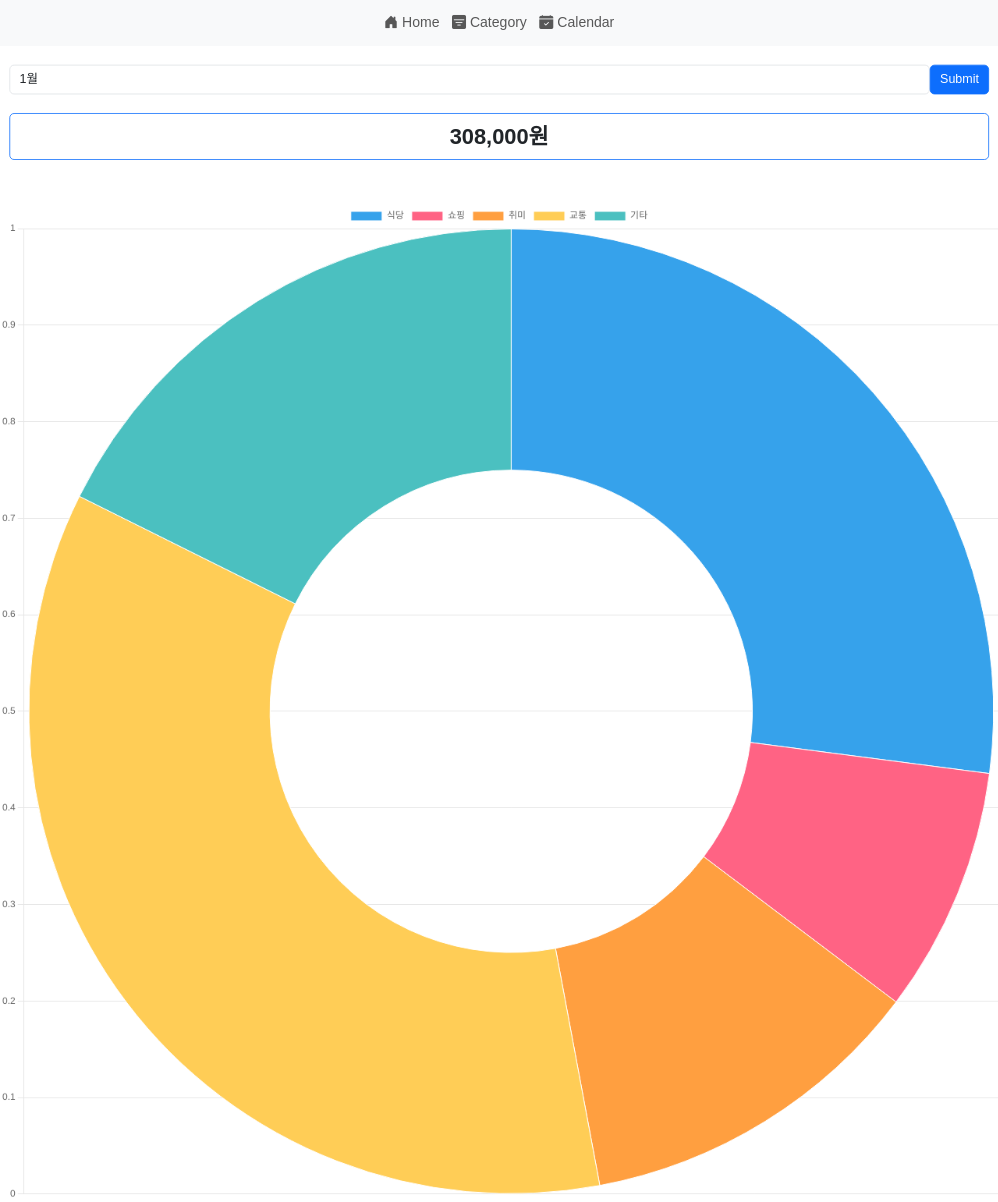
Repository: kimSummerrain/KairosHackathon
Page: venvs/karios/templates/detail.html
An editor plug-in stored every save of this project. The page is shown before and after the next save, followed by the edit.
The browser window is 1280 px wide. The pictures show the whole page, at 78% of full size.

Above is the page before, as saved 2024-02-26 17:11:36.

### venvs/karios/templates/detail.html
<!DOCTYPE html>
<html lang="ko">

<head>
    <meta charset="UTF-8">
    <meta name="viewport" content="width=device-width, initial-scale=1.0">
    <title>Document</title>
    <link href="https://cdn.jsdelivr.net/npm/bootstrap@5.3.3/dist/css/bootstrap.min.css" rel="stylesheet"
        integrity="sha384-QWTKZyjpPEjISv5WaRU9OFeRpok6YctnYmDr5pNlyT2bRjXh0JMhjY6hW+ALEwIH" crossorigin="anonymous">

    <script src="https://cdn.jsdelivr.net/npm/bootstrap@5.3.3/dist/js/bootstrap.bundle.min.js"
        integrity="sha384-YvpcrYf0tY3lHB60NNkmXc5s9fDVZLESaAA55NDzOxhy9GkcIdslK1eN7N6jIeHz"
        crossorigin="anonymous"></script>
    <link href="static/css/main-style.css" rel="stylesheet" />
</head>

<body>
    <!--navbar-->
    <nav class="navbar navbar-expand bg-body-tertiary">
        <div class="container-fluid">
            <div class="collapse navbar-collapse" id="navbarNav">
                <ul class="navbar-nav mx-auto"> <!-- mx-auto를 추가하여 가운데 정렬 -->
                    <li class="nav-item">
                        <a class="nav-link" href="/"><i class="bi bi-house-door-fill"></i> Home</a>
                    </li>
                    <li class="nav-item">
                        <a class="nav-link" href="/detail"><i class="bi bi-filter-square-fill"></i> Category</a>
                    </li>
                    <li class="nav-item">
                        <a class="nav-link" href="/calendar"><i class="bi bi-calendar-check-fill"></i> Calendar</a>
                    </li>
                </ul>
            </div>
        </div>
    </nav>
    <br>
    <div class="container-fluid">
        <div class="row">
            <div class="col">
                <form>
                    <div class="form-group d-flex">
                        <select class="form-control mr-2" id="month-select">
                            <option value="1">1월</option>
                            <option value="2">2월</option>
                            <option value="3">3월</option>
                            <option value="4">4월</option>
                            <option value="5">5월</option>
                            <option value="6">6월</option>
                            <option value="7">7월</option>
                            <option value="8">8월</option>
                            <option value="9">9월</option>
                            <option value="10">10월</option>
                            <option value="11">11월</option>
                            <option value="12">12월</option>
                        </select>
                        <button type="button" class="btn btn-primary" onclick="changeDate()">Submit</button>
                    </div>
                </form>
                <br>
                <p class="text-second fs-3 fw-bold border border-primary p-2 mb-2 text-center rounded">308,000원</p>
            </div>
        </div>
    </div>
    <br>
    <br>
    <div>
        <canvas id="myChart"></canvas>
    </div>

    <!--Chart Library-->
    <script src="https://cdn.jsdelivr.net/npm/bootstrap@5.3.3/dist/js/bootstrap.bundle.min.js"
        integrity="sha384-YvpcrYf0tY3lHB60NNkmXc5s9fDVZLESaAA55NDzOxhy9GkcIdslK1eN7N6jIeHz"
        crossorigin="anonymous"></script>
    <link rel="stylesheet" href="https://cdn.jsdelivr.net/npm/bootstrap-icons@1.11.3/font/bootstrap-icons.min.css">
    <script src="https://cdn.jsdelivr.net/npm/chart.js"></script>

    <script>
        var chartData = [23, 7, 10, 30, 15]; // 초기 차트 데이터

        // 초기 차트 생성
        var ctx = document.getElementById('myChart');
        var myChart = new Chart(ctx, {
            type: 'doughnut',
            data: {
                labels: ['식당', '쇼핑', '취미', '교통', '기타'],
                datasets: [{
                    data: chartData, // 초기 데이터 설정
                    borderWidth: 1
                }]
            },
            options: {
                scales: {
                    y: {
                        beginAtZero: true
                    }
                }
            }
        });

        function changeDate() {
            // 선택한 월에 따라 데이터 변경 (임의의 예시)
            var selectedMonth = document.getElementById('month-select').value;
            switch (selectedMonth) {
                case '1':
                    chartData = [];
                    break;
                case '2':
                    chartData = [10, 15, 20, 25, 30];
                    break;
                // ... 나머지 월에 대한 데이터 설정 추가 ...
            }

            // 차트 업데이트
            myChart.data.datasets[0].data = chartData;
            myChart.update();
        }
    </script>

</body>

</html>

### venvs/karios/static/css/main-style.css
html,
body {
    margin: 0;
    padding: 0;
    font-family: Arial, Helvetica Neue, Helvetica, sans-serif;
}

#calendar {
    max-width: 1100px;
    margin: 40px auto;
}

a.fc-daygrid-day-number {
    color: black;
    text-decoration: none;
}

a.fc-col-header-cell-cushion {
    color: black;
    text-decoration: none;
}

.navbar-nav .nav-link {
    font-size: 18px;
}

.rounded-rectangle {
    width: 340px;
    /* 직사각형의 너비 */
    height: 210px;
    /* 직사각형의 높이 */
    background-color: #ffffff;
    /* 배경색 */
    border-radius: 20px;
    /* 꼭짓점을 둥글게 하는 정도 */
    margin: 0px auto 0;
    /* rectangle과 겹치도록 마진 조정 */
    padding: 20px;
    /* 내부 여백 */
    text-align: center;
    /* 내용을 가운데 정렬 */
    border: 2px solid #333;
    /* 테두리의 두께와 색상 */
    position: relative;
    /* 포지션을 상대위치로 설정하여 겹치게 함 */
    /* z-index: -1; */
    /* 겹치는 요소의 순서를 지정 */
}

h1 {
    font-size: 5em;
}

h2 {
    font-size: 3em;

}

.margin-top {
    margin-top: 240px;
}

.text-start {
    font-size: 24px;
}

.text-second {
    font-size: 15px;
}

After the next save:
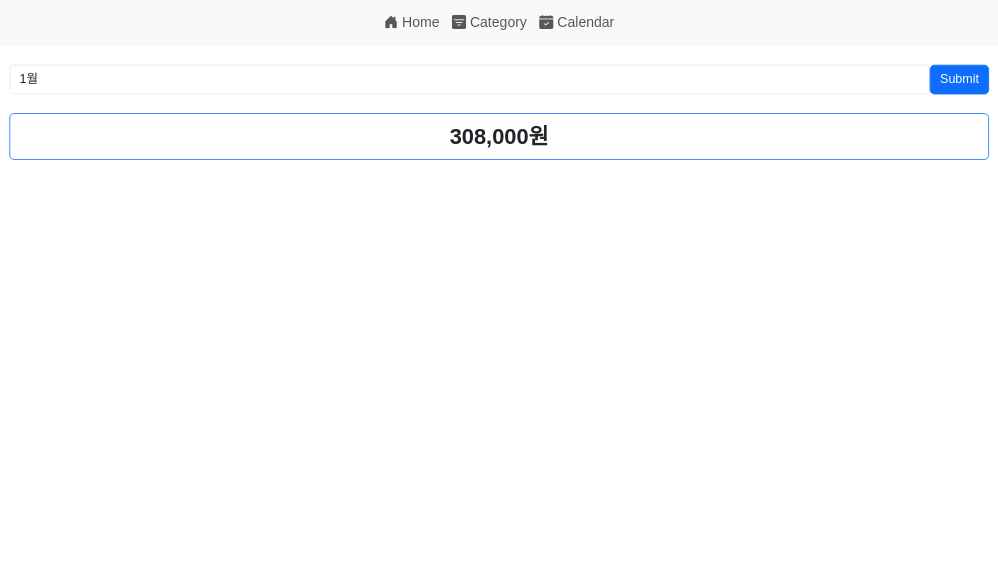
Console error: SyntaxError: Unexpected token '{'
Saved 18 s later.
--- a/venvs/karios/templates/detail.html
+++ b/venvs/karios/templates/detail.html
@@ -102,17 +102,17 @@
             var selectedMonth = document.getElementById('month-select').value;
             switch (selectedMonth) {
                 case '1':
-                    chartData = [];
-                    break;
+                    chartData = [{{ result['2023-01']}}];
+            break;
                 case '2':
-                    chartData = [10, 15, 20, 25, 30];
-                    break;
-                // ... 나머지 월에 대한 데이터 설정 추가 ...
-            }
+            chartData = [10, 15, 20, 25, 30];
+            break;
+            // ... 나머지 월에 대한 데이터 설정 추가 ...
+        }
 
-            // 차트 업데이트
-            myChart.data.datasets[0].data = chartData;
-            myChart.update();
+        // 차트 업데이트
+        myChart.data.datasets[0].data = chartData;
+        myChart.update();
         }
     </script>
 

After the save that followed:
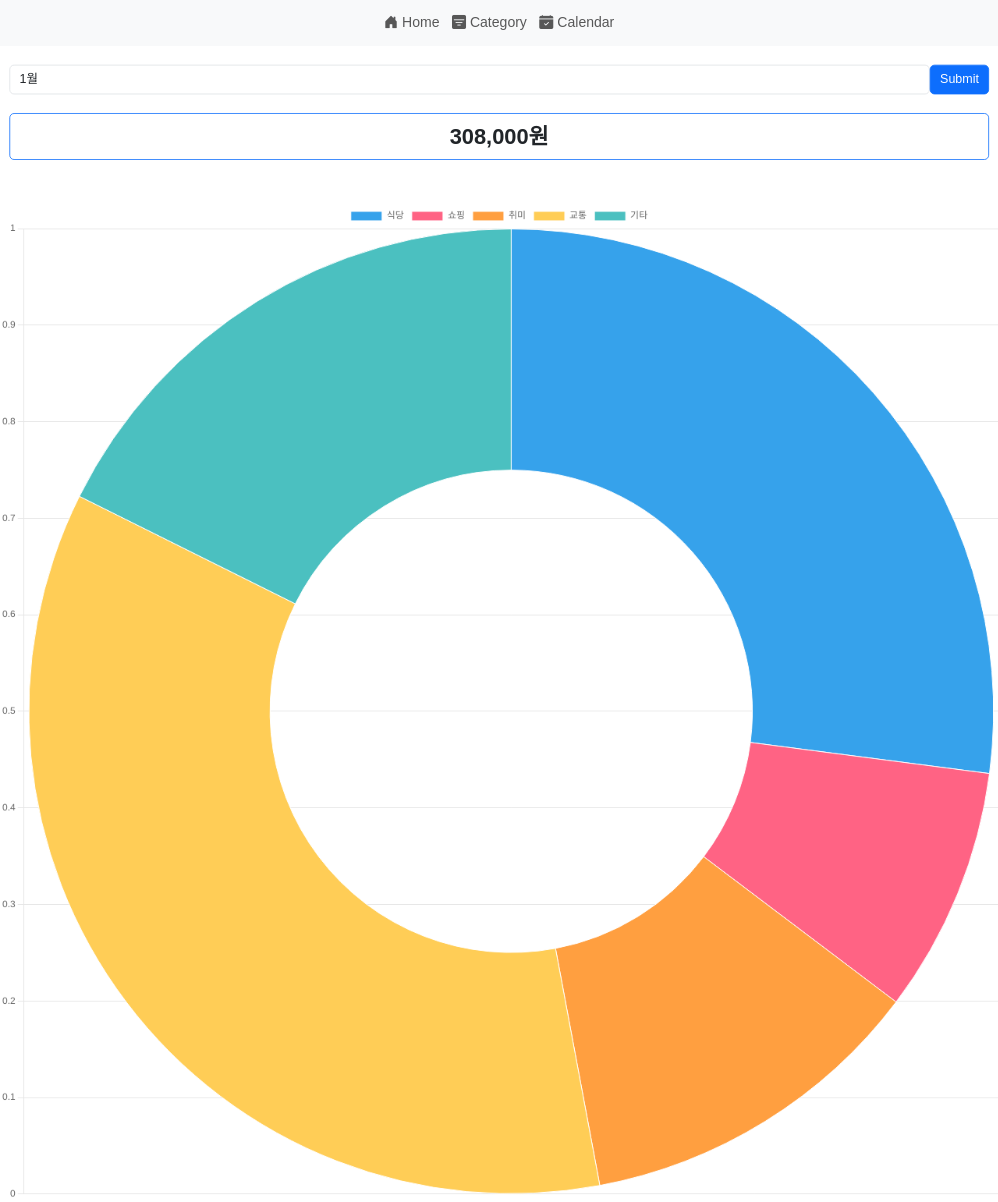
The error is gone.
Saved 16 s later.
--- a/venvs/karios/templates/detail.html
+++ b/venvs/karios/templates/detail.html
@@ -102,17 +102,17 @@
             var selectedMonth = document.getElementById('month-select').value;
             switch (selectedMonth) {
                 case '1':
-                    chartData = [{{ result['2023-01']}}];
-            break;
+                    chartData = [23, 7, 10, 30, 15];
+                    break;
                 case '2':
-            chartData = [10, 15, 20, 25, 30];
-            break;
-            // ... 나머지 월에 대한 데이터 설정 추가 ...
-        }
+                    chartData = [10, 15, 20, 25, 30];
+                    break;
+                // ... 나머지 월에 대한 데이터 설정 추가 ...
+            }
 
-        // 차트 업데이트
-        myChart.data.datasets[0].data = chartData;
-        myChart.update();
+            // 차트 업데이트
+            myChart.data.datasets[0].data = chartData;
+            myChart.update();
         }
     </script>
 
